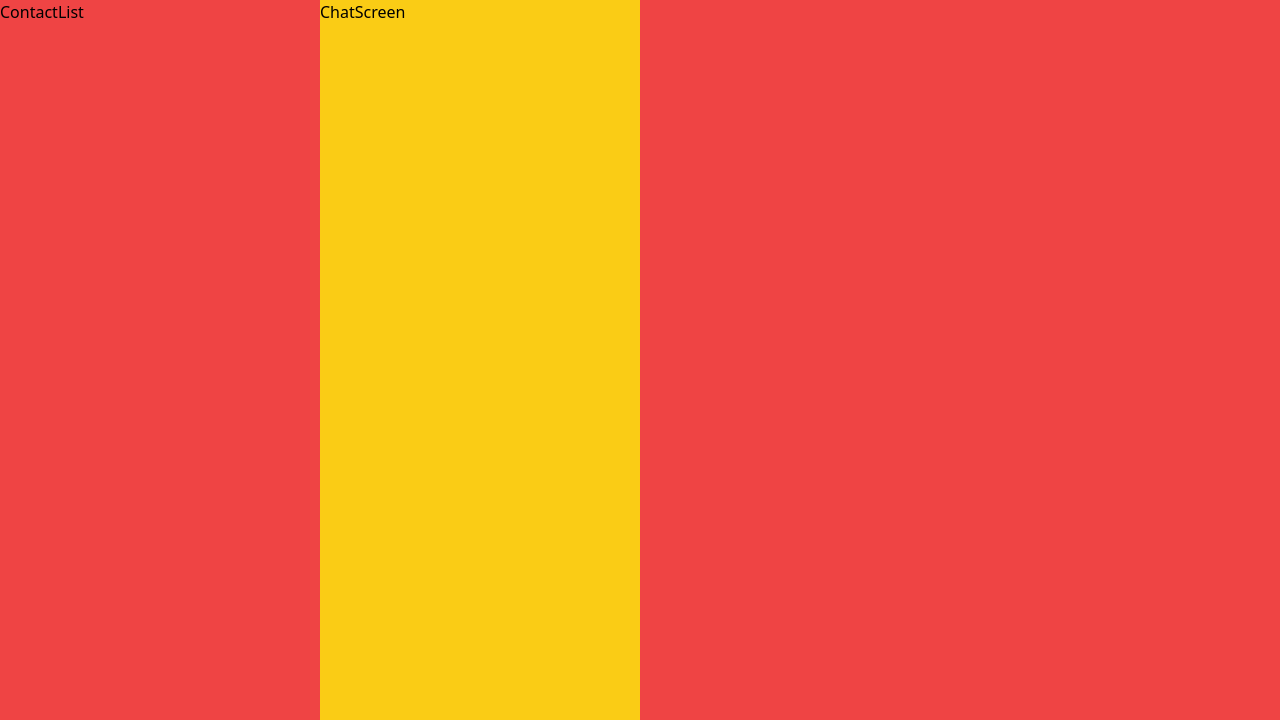
Repository: theanmol-raj/whatsapp
Page: /
These files come from the project's save history. The page is drawn as it stood at one moment and after the next save; the edit follows.
The browser window is 1280 px wide. The pictures show the whole page.
The project was rebuilt for these pictures with package versions that can differ from the ones it lists, and the page was loaded fresh each time.

Above is the page before, as saved 2022-12-02 22:10:09.

After the next save:
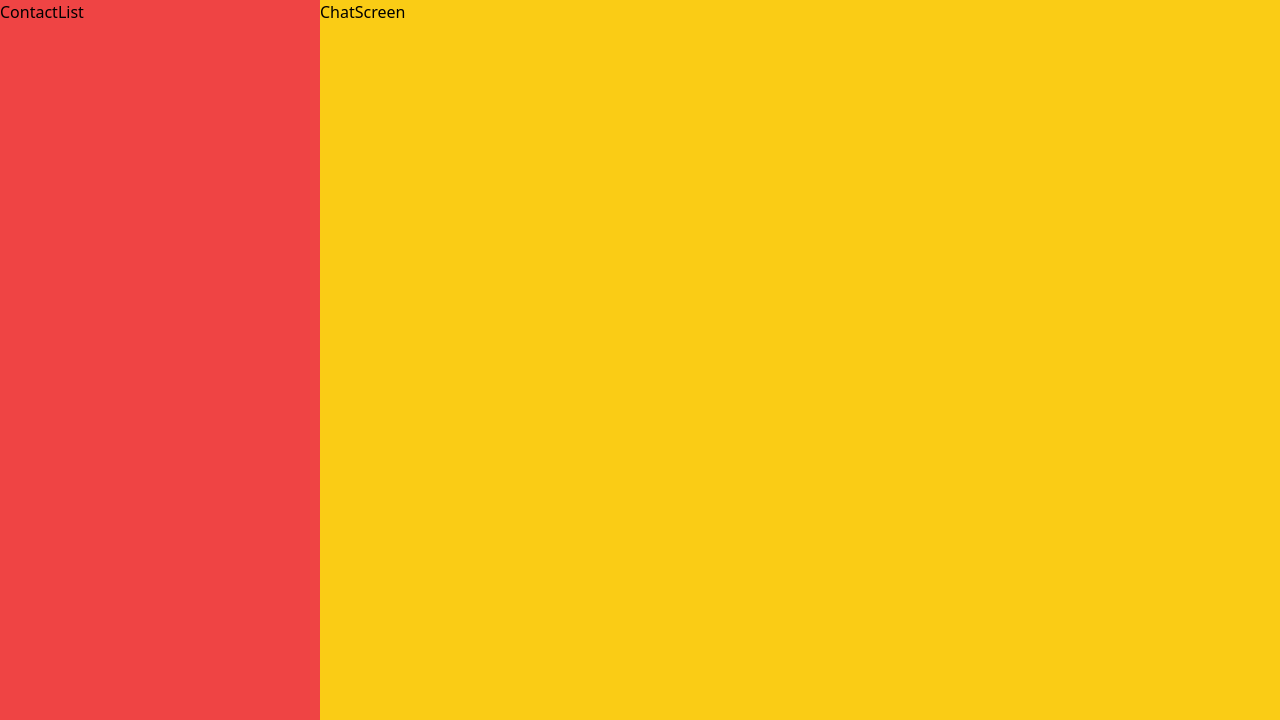
Saved 21 s later.
--- a/src/Components/ChatScreen.jsx
+++ b/src/Components/ChatScreen.jsx
@@ -2,7 +2,7 @@ import React from 'react'
 
 function ChatScreen() {
   return (
-    <div className=' bg-yellow-400 '>ChatScreen</div>
+    <div className=' bg-yellow-400 col-span-3'>ChatScreen</div>
   )
 }
 
